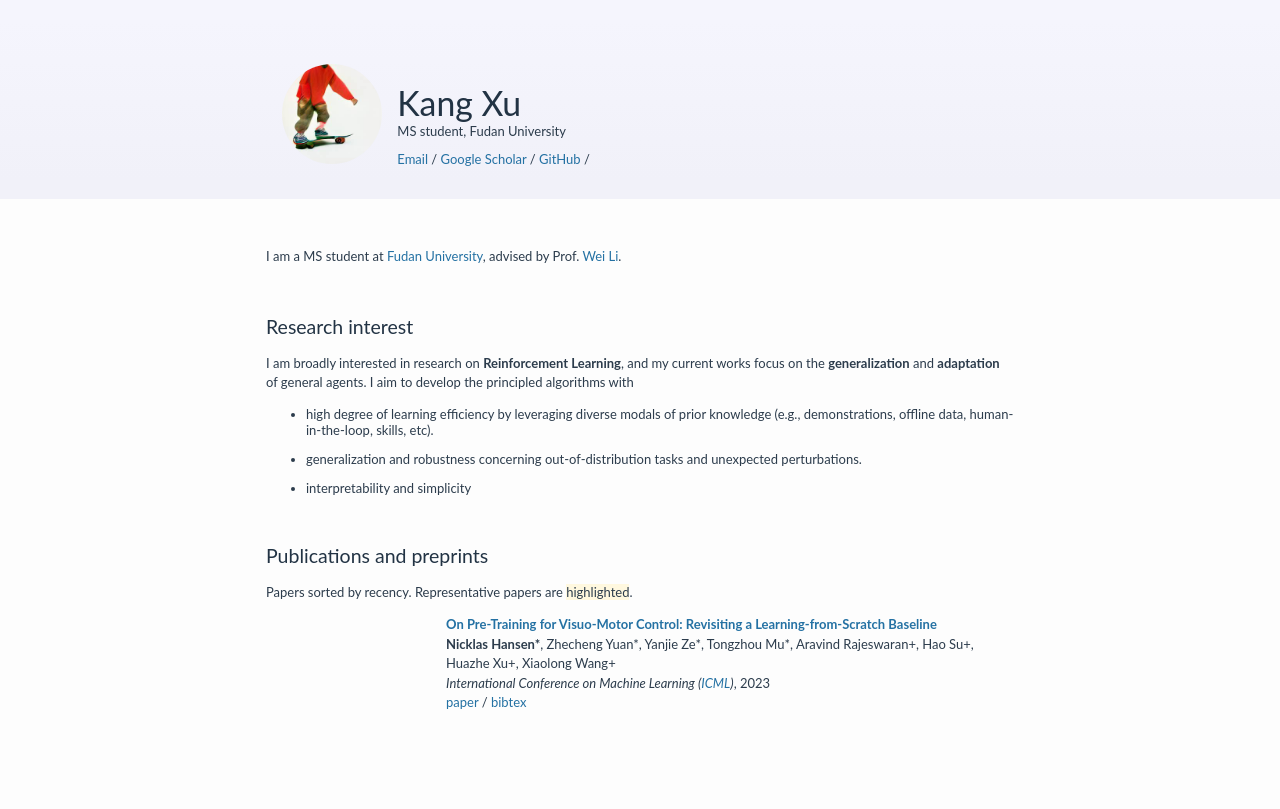
Repository: Kavka1/kang-xu.github.io
Page: index.html
An editor plug-in stored every save of this project. The page is shown before and after the next save, followed by the edit.
The browser window is 1280 px wide. The pictures show the whole page.

Above is the page before, as saved 2023-05-19 12:06:16.
Not found: files/lfs.png

After the next save:
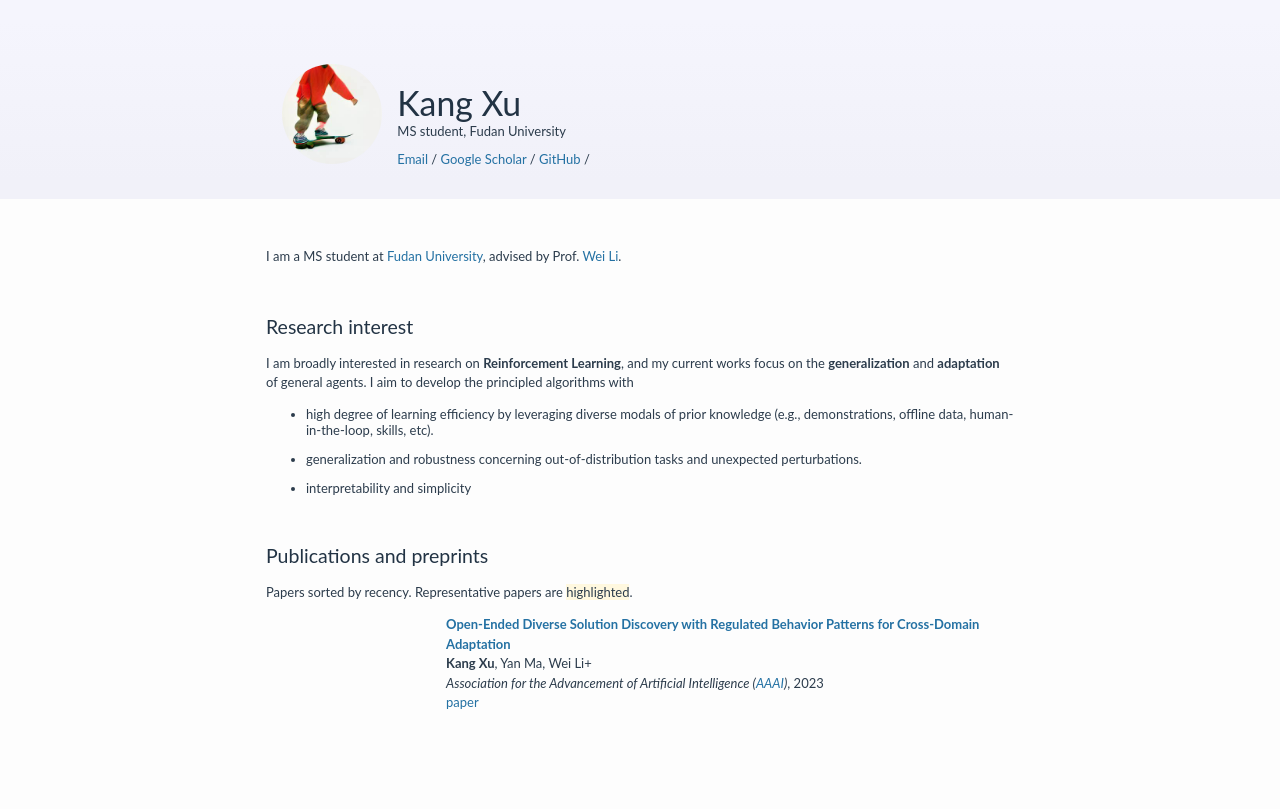
Saved 3 min 0 s later.
--- a/index.html
+++ b/index.html
@@ -77,10 +77,11 @@
         <div class="publication row clearfix">
             <div class="row-media" style="background-image: url(files/lfs.png);"></div>
             <div class="row-text">
-                <a class="publication-title bold" href="https://arxiv.org/abs/2212.05749">On Pre-Training for Visuo-Motor Control: Revisiting a Learning-from-Scratch Baseline</a><br/>
-                <span class="bold">Nicklas Hansen*</span>, Zhecheng Yuan*, Yanjie Ze*, Tongzhou Mu*, Aravind Rajeswaran+, Hao Su+, Huazhe Xu+, Xiaolong Wang+<br/>
-                <span class="italic">International Conference on Machine Learning (<a href="https://icml.cc">ICML</a>)</span>, 2023<br/>
-                <a class="btn btn-red" href="https://arxiv.org/abs/2212.05749">paper</a> / <a class="btn btn-dark" href="bibtex/hansen2022lfs.txt">bibtex</a>
+                <a class="publication-title bold" href="https://arxiv.org/abs/2209.12029">
+                    Open-Ended Diverse Solution Discovery with Regulated Behavior Patterns for Cross-Domain Adaptation</a><br/>
+                <span class="bold">Kang Xu</span>, Yan Ma, Wei Li+<br/>
+                <span class="italic">Association for the Advancement of Artificial Intelligence (<a href="https://aaai.org/">AAAI</a>)</span>, 2023<br/>
+                <a class="btn btn-red" href="https://arxiv.org/abs/2209.12029">paper</a>
             </div>
         </div>
     </div>
